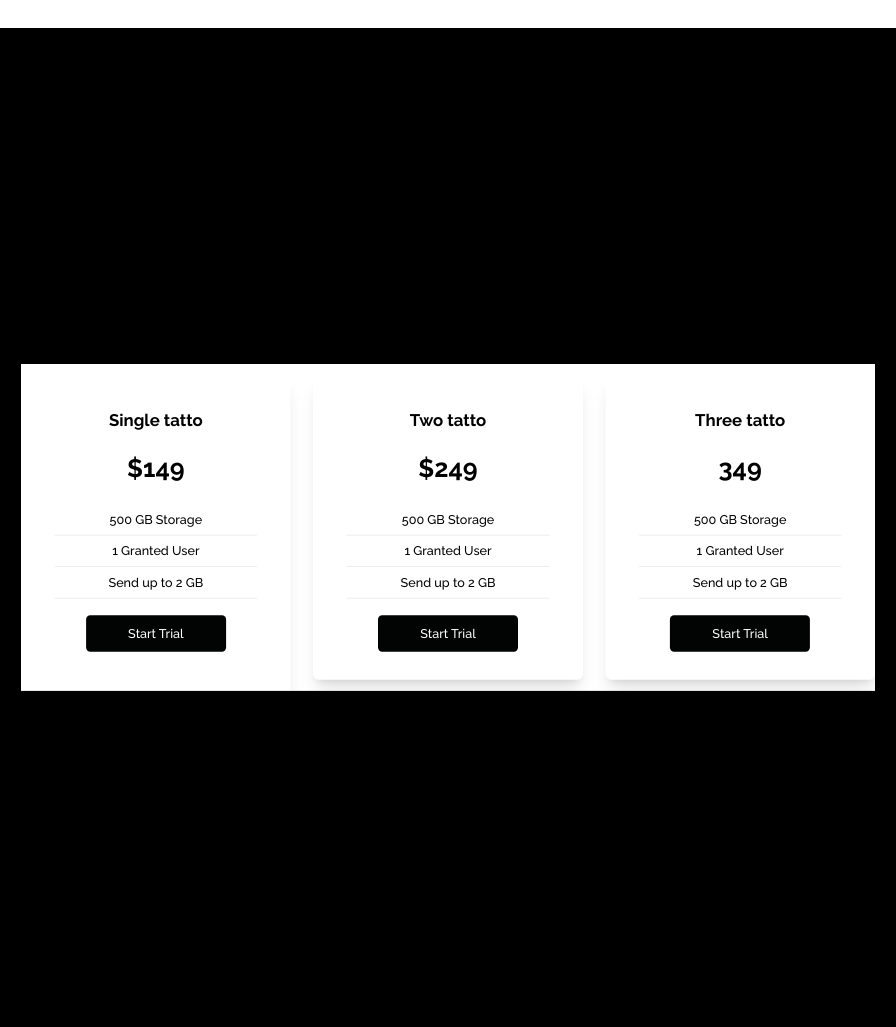
Repository: OmniaRafat232111121/tatto
Page: /
These files come from the project's save history. The page is drawn as it stood at one moment and after a run of saves; the edit follows.
The browser window is 1280 px wide. The pictures show the part of the page from y = 0 to 1920 px (the page is 1467 px tall before and 2938 px after), at 70% of full size.
Some web fonts or font styles are not loaded; a fallback is used. The project was rebuilt for these pictures with package versions that can differ from the ones it lists, and the page was loaded fresh each time. Also part of the build but not shown: src/components/GallerySection.js, src/components/Skills.js, src/components/Interview.js, src/components/Testimonial.js, src/components/Contact.js, src/components/Footer.js, src/components/Copyright.js.

Above is the page before, as saved 2022-11-01 03:27:50.

After the next 9 saves:
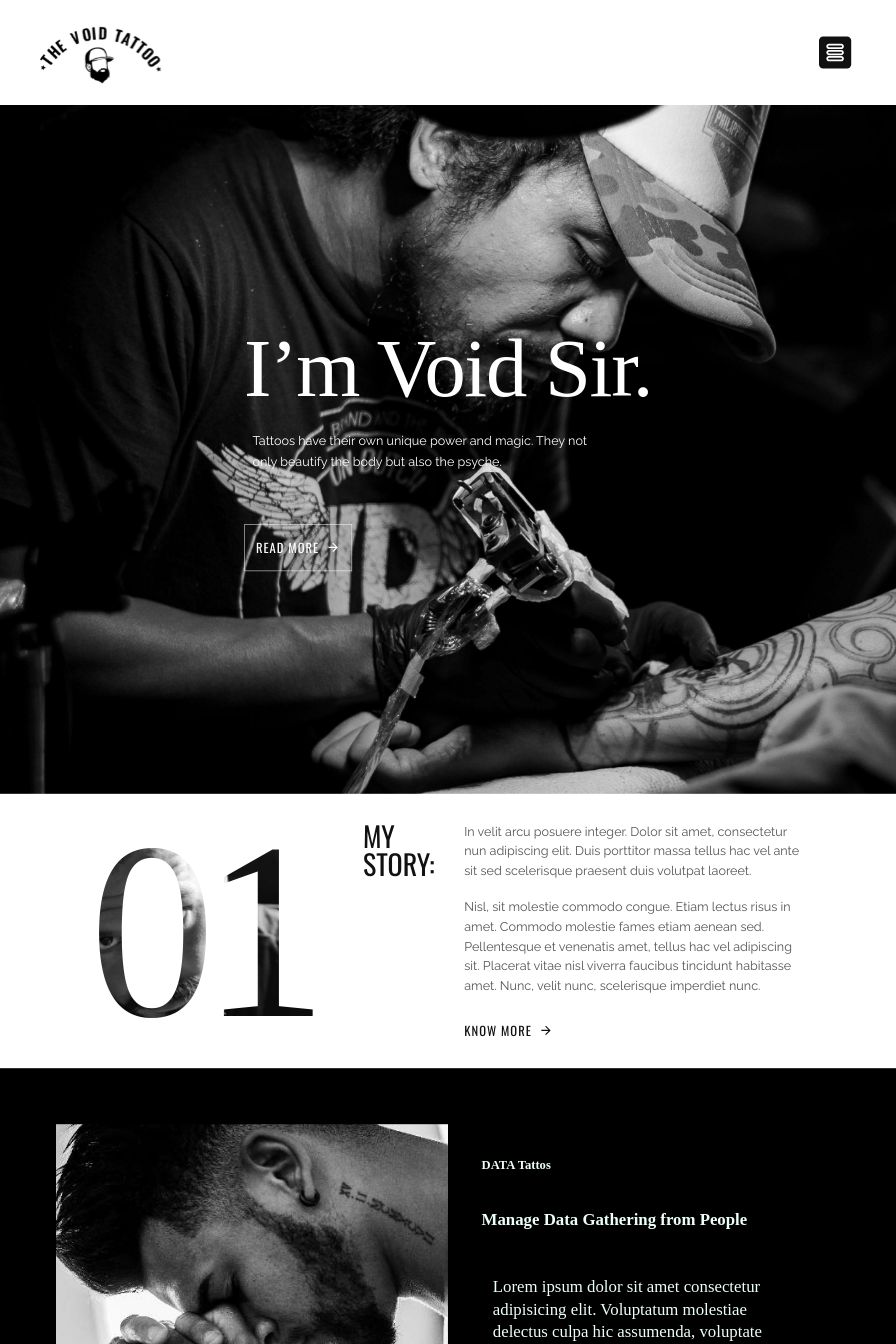
The 9 saves are shown as one change because they came seconds apart.
The last was saved 3 min 0 s later.
--- a/src/App.js
+++ b/src/App.js
@@ -13,12 +13,15 @@ import Footer from './components/Footer';
 import Copyright from './components/Copyright';
 import Analytics from './components/Analytics';
 import Support from './components/Support';
-import Flex from './components/Flex';
 
 const App = () => {
   return (
     <div className='max-w-[1920px] mx-auto overflow-hidden bg-white'>
-     <Flex/>
+      <Header/>
+      <Hero />
+      <About/>
+     <Analytics/>
+     <Support/>
 
       {/* <div className='h-[4000px]'></div> */}
     </div>
